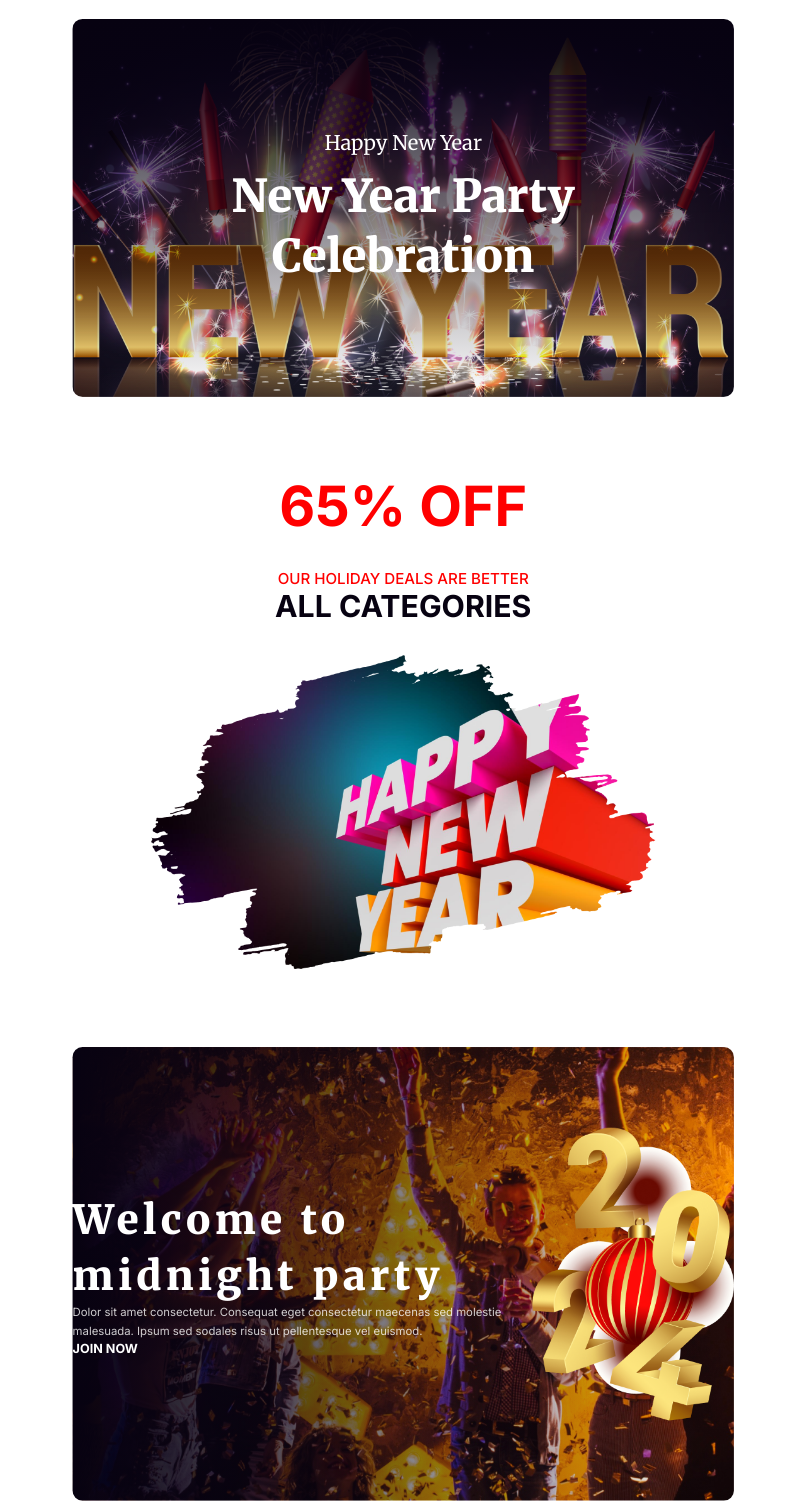
Repository: rahmatahmedrifat/First-Assignment
Page: index.html
An editor plug-in stored every save of this project. The page is shown before and after the next save, followed by the edit.
The browser window is 1280 px wide. The pictures show the whole page, at 63% of full size.

Above is the page before, as saved 2024-01-08 02:24:22.

### index.html
<!DOCTYPE html>
<html lang="en">
<head>
    <meta charset="UTF-8">
    <meta name="viewport" content="width=device-width, initial-scale=1.0">
    <!-- Title  -->
    <title>New Year 2024</title>
    <!-- favicon icon linked -->
    <link rel="shortcut icon" href="images/banner and other images/New Year Photo.png" type="image/x-icon">
    <!-- style css linked-->
    <link rel="stylesheet" href="Style/style.css">
</head>
<body>
    <!-- header part  -->
    <header>
        <!-- banner section part -->
        <section id="banner">
            <div class="container">
                <div class="banner-container">
                    <div class="banner-content">
                        <h3 class="celebration">Happy New Year</h3>
                        <h2 class="banner-title">New Year Party Celebration</h2>
                    </div>
                </div>
            </div>
        </section>
    </header>
    <!-- main part -->
    <main>
        <!-- categories section part  -->
            <section id="categories">
                <div class="container">
                    <div class="categories-container">
                        <h2 class="categories-discount">65% OFF</h2>
                        <p class="all-summery">OUR HOLIDAY DEALS ARE BETTER</p>
                        <h3 class="categories-title">ALL CATEGORIES</h3>
                        <div class="categories-img">
                            <img id="new-year-img" src="images/New Year Photo.png" alt="Happy New Year">
                        </div>
                    </div>
                </div>
            </section>

            <!-- party-banner section part -->
            <section id="party-banner">
                <div class="container">
                    <div class="party-container">
                        <div class="party-content">
                            <h2 class="party-title">Welcome to midnight party</h2>
                            <p class="party-description">Dolor sit amet consectetur. Consequat eget consectetur maecenas sed molestie malesuada. Ipsum sed sodales risus ut pellentesque vel euismod. </p>
                            <button id="join-now-btn">JOIN NOW</button>
                        </div>
                        <img class="party-img" src="images/icon/Group 70.png" alt="party-img">
                        <!-- <div class="party-content">
                            <img src="" alt="">
                        </div> -->
                    </div>
                </div>
            </section>
    </main>
    <!--  footer part -->
    <footer></footer>
</body>
</html>

### Style/style.css
/* import google fonts */
@import url('https://fonts.googleapis.com/css2?family=Inter:wght@100;200;300;400;500;600;700;800;900&family=Merriweather:ital,wght@0,300;0,400;0,700;0,900;1,300;1,400;1,700;1,900&display=swap');

*{
    margin: 0;
    padding: 0;
    outline: 0;
}

.container{
    width: 82%;
    margin: 0 auto;
}
/* banner section related css style */
#banner{
    margin-top: 30px;
}
.banner-container{
    background-image: linear-gradient(180deg, #070211 0%, rgba(7, 2, 17, 0.00) 100%), url(../images/Banner\ Image.png);
    background-size: cover;
    background-repeat: no-repeat;
    background-position: center;
    border-radius: 16px;
    padding: 177px 0px;
}
.banner-container .banner-content{
    width: 632px;
    margin: 0 auto;
}
.banner-container .banner-content .celebration{
    color: #FFF;
    text-align: center;
    font-family: Merriweather;
    font-size: 32px;
    font-style: normal;
    font-weight: 400;
    line-height: normal;
    margin-bottom: 16px;
    z-index: 99;
}
.banner-container .banner-content .banner-title{
    color: #FFF;
    text-align: center;
    font-family: Merriweather;
    font-size: 72px;
    font-style: normal;
    font-weight: 900;
    line-height: 95px;
}
/* categories section related css style */

#categories{
    margin: 120px 0px;
}
.categories-container .categories-discount{
    font-family: Inter;
    font-size: 88px;
    font-style: normal;
    font-weight: 700;
    color: #F00;
    text-align: center;
    line-height: normal;
    margin-bottom: 48px;
}
.all-summery{
    font-family: Inter;
    font-size: 24px;
    font-style: normal;
    font-weight: 500;
    color: #F00;
    text-align: center;
    line-height: normal;
}
.categories-container .categories-title{
    font-family: Inter;
    font-size: 48px;
    font-style: normal;
    font-weight: 700;
    color: #070211;
    text-align: center;
    line-height: normal;
    margin-bottom: 48px;
}
.categories-container .categories-img{
    width: 800px;
    margin: 0 auto;
}
.categories-img #new-year-img{
    max-width: 100%;
}

/* party-banner section css style  */
#party-banner{

}
.party-container{
    background-image: linear-gradient(90deg, #070211 0%, rgba(7, 2, 17, 0.00) 100%), url(../images/Vectorrr.png);
    background-position: center;
    background-repeat: no-repeat;
    background-size: cover;
    display: flex;
    align-items: center;
    justify-content: center;
    border-radius: 16px;
    height: 100vh;
}
.party-container .party-content{
}
.party-content .party-title{
    font-family: Merriweather;
    font-size: 64px;
    font-style: normal;
    font-weight: 900;
    color: #FFF;
    line-height: 88px;
    letter-spacing: 7.04px;
}
.party-content .party-description{
    font-family: Inter;
    font-size: 18px;
    font-style: normal;
    font-weight: 400;
    color: rgba(255, 255, 255, 0.80);
    line-height: 30px;
}
#join-now-btn{
    font-family: Inter;
    font-size: 20px;
    font-style: normal;
    font-weight: 700;
    color: #FFF;
    background: transparent;
    line-height: normal;
    text-transform: uppercase;
    border: none;
    cursor: pointer;
}

After the next save:
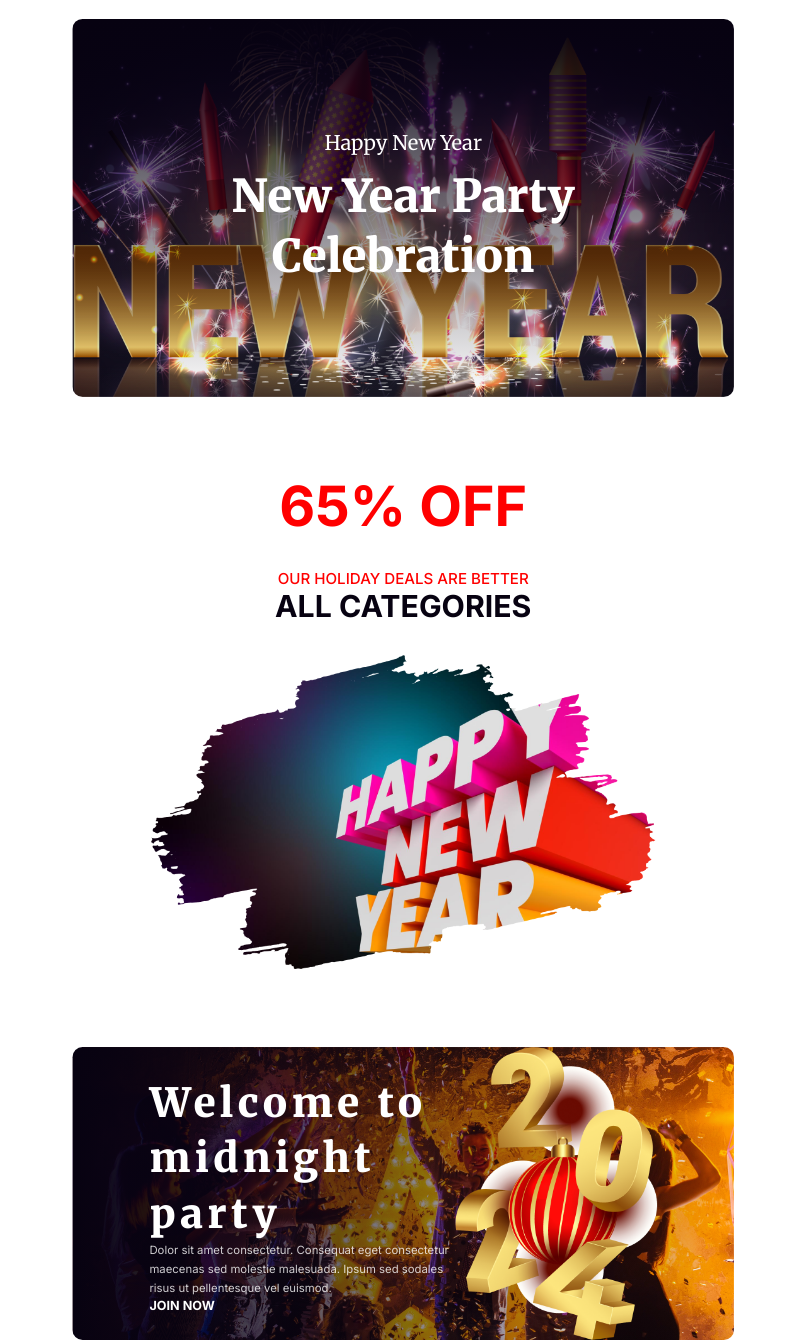
Saved 34 s later.
--- a/Style/style.css
+++ b/Style/style.css
@@ -102,7 +102,7 @@
     align-items: center;
     justify-content: center;
     border-radius: 16px;
-    height: 100vh;
+    padding: 0px 122px;
 }
 .party-container .party-content{
 }
